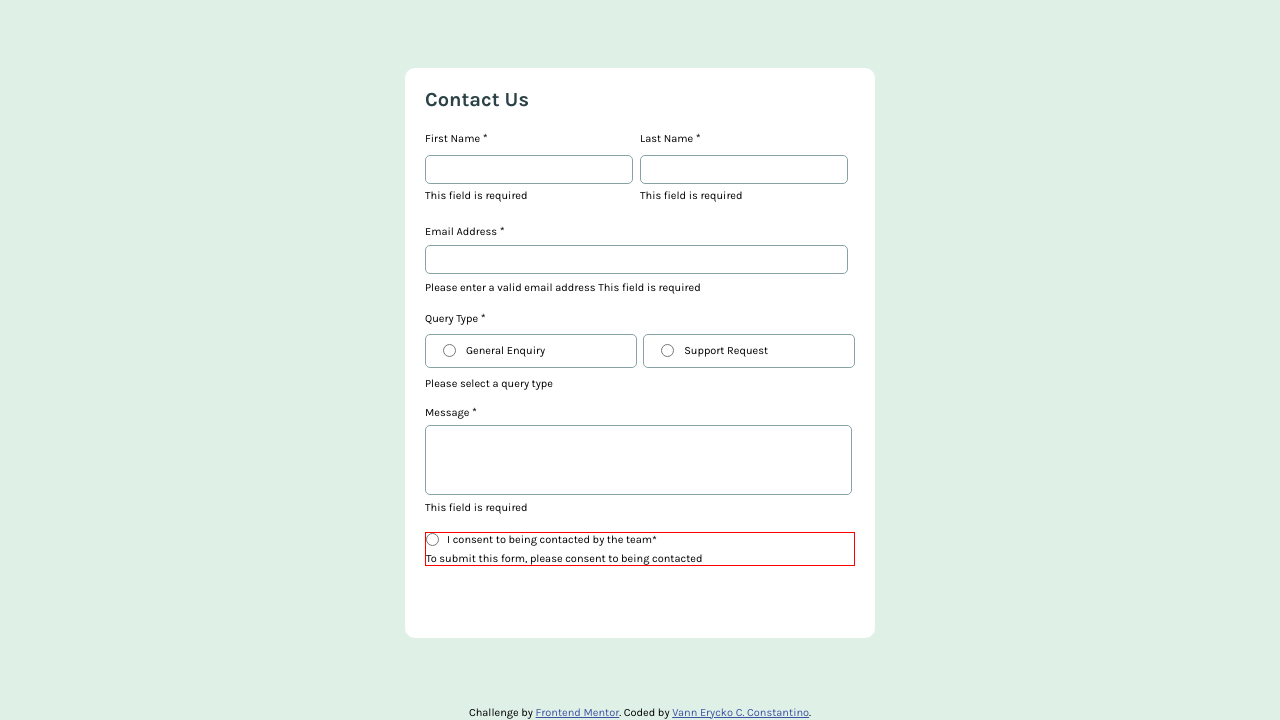
Repository: kocokoy/contact-form
Page: contact-form-main/index.html
These files come from the project's save history. The page is drawn as it stood at one moment and after the next save; the edit follows.
The browser window is 1280 px wide. The pictures show the whole page.

Above is the page before, as saved 2024-10-24 11:28:30.

### contact-form-main/index.html
<!DOCTYPE html>
<html lang="en">
<head>
  <meta charset="UTF-8">
  <meta name="viewport" content="width=device-width, initial-scale=1.0"> <!-- displays site properly based on user's device -->

  <link rel="icon" type="image/png" sizes="32x32" href="./assets/images/favicon-32x32.png">
  <link rel="stylesheet" href="/contact-form-main/styles/style.css">
  <link rel="preconnect" href="https://fonts.googleapis.com">
  <link rel="preconnect" href="https://fonts.gstatic.com" crossorigin>
  <link href="https://fonts.googleapis.com/css2?family=Karla:ital,wght@0,200..800;1,200..800&family=Red+Hat+Text:ital,wght@0,300..700;1,300..700&display=swap" rel="stylesheet">
  <title>Frontend Mentor | Contact form</title>

  <!-- Feel free to remove these styles or customise in your own stylesheet 👍 -->
  <style>
    .attribution { font-size: 11px; text-align: center; }
    .attribution a { color: hsl(228, 45%, 44%); }
  </style>
</head>
<body>
  <div class="container">
    <div class="contact-form-card">
      <h1 class="contact-us-header">
        Contact Us
      </h1>
      <div class="name-section">
        <div class="first-name-section">
          <p>
            First Name
            <span>*</span>
          </p>
          <input type="text" name="" id="">
          <p>
            This field is required
          </p>
        </div>
        <div class="last-name-section">
          <p>
            Last Name
            <span>*</span>
          </p>
          <input type="text" name="" id="">
          <p>
            This field is required
          </p>
        </div>
      </div>
      <div class="email-section">
        <p>Email Address  <span>*</span></p>
        <input type="text">
        <p>Please enter a valid email address
          This field is required</p>
      </div>
      <div class="query-type-section">
        <p>Query Type  <span>*</span></p>
        <div class="radio-query-type-section">
          <div class="general-radio-query-type-section">
            <input type="radio">
            General Enquiry
          </div>
          <div class="support-radio-query-type-section">
            <input type="radio">
            Support Request
          </div>
        </div>
        <p>Please select a query type</p>
      </div>
      <div class="message-section">
        <p>Message  <span>*</span></p>
        <input type="text">
        <p>This field is required</p>
      </div>
      <div class="consent-section">
        <div>
          <input type="radio">
          I consent to being contacted by the team  <span>*</span>
        </div>
        <p> To submit this form, please consent to being contacted</p>
      </div>
      <!-- <div class="submit-btn-section">
        <button>
          Submit
        </button>
      </div> -->
    </div>
  </div>




  <!-- Message Sent!
  Thanks for completing the form. We'll be in touch soon! -->

  <div class="attribution">
    Challenge by <a href="https://www.frontendmentor.io?ref=challenge">Frontend Mentor</a>.
    Coded by <a href="#">Vann Erycko C. Constantino</a>.
  </div>
</body>
</html>

### contact-form-main/styles/style.css
:root{
  /* Primary */
  --Green200: hsl(148, 38%, 91%);
  --Green600: hsl(169, 82%, 27%);
  --Red:hsl(0, 66%, 54%);

  --White: hsl(0, 0%, 100%);
  --Grey500: hsl(186, 15%, 59%);
  --Grey900: hsl(187, 24%, 22%);
}

body{
  padding: 0;
  margin: 0;
  background-color: var(--Green200);
  font-family: Karla;
  font-size: 11px;
  font-weight: 400;
}

span {
  font-size: 12px;
}

.container{
  display: flex;
  align-items: center;
  justify-content: center;
  height: 98vh;
}

.contact-form-card{
  display: flex;
  flex-direction: column;
  border: 1px var(--Grey500);
  background-color: var(--White);
  height: 530px;
  width: 430px;
  border-radius: 10px;
  padding: 20px;
}

.contact-us-header{
  padding: 0;
  margin: 0;
  font-weight: 700;
  font-size: 20px;
  color: var(--Grey900);
}

.name-section{
  display: flex;
  flex-direction: row;
  justify-content: space-between;
  padding-top: 15px;
}

.name-section p{
  margin: 5px 0;
  padding-bottom: 5px;
}

.name-section input{
 width: 94%;
 height: 25px;
 border: 1px solid var(--Grey500);
 border-radius: 5px;
}

.first-name-section, .last-name-section{
  width: 100%;
}

.email-section{
  padding-top: 5px;
  display: flex;
  flex-direction: column;
}

.email-section p{
  margin:0;
  padding: 7px 0;
}

.email-section input{
  width: 97%;
  height: 25px;
  border-radius: 5px;
  border: 1px solid var(--Grey500);
}

.query-type-section{
  padding-top: 1px;
  display: flex;
  flex-direction: column;
}

.query-type-section p{
  padding: 9px 0;
  margin: 0;
}

.query-type-section .radio-query-type-section{
  display: flex;
  flex-direction: row;
  justify-content: space-between;
}

.query-type-section .radio-query-type-section input{
  margin: 0 10px 0 17px;
  border-color: red;
}

.general-radio-query-type-section ,.support-radio-query-type-section{
  display: flex;
  flex-direction: row;
  align-items: center;
  height: 32px;
  border-radius: 5px;
  border: 1px solid var(--Grey500);
  width: 48.8%;
}

.message-section{
  height: 120px;
}

.message-section p{
 padding: 0;
 margin: 0;
 padding: 6px 0;
}

.message-section input{
 width: 98%;
 height: 55%;
 border-radius: 5px;
 border: 1px solid var(--Grey500);
}

.consent-section{
  display: flex;
  flex-direction: column;
  margin: 13px 0 13px 0;
  border: 1px solid red;

}

.consent-section p{
  padding: 0;
  margin: 5px 0 0 0;
}

.consent-section input{
  margin: 0 8px 0 0;

}

.consent-section div{
  display: flex;
  flex-direction: row;
  justify-content: start;
  align-items: center;
  padding: 0;
}

.submit-btn-section{
  display: flex;
  justify-content: center;
  align-items: center;
  height: 100px;
}

.submit-btn-section button{
  width: 100%;
  height: 50%;
  border: 1px var(--Green600);
  color: var(--White);
  background-color: var(--Green600);
  border-radius: 5px;
  font-size: 10px;
}

After the next save:
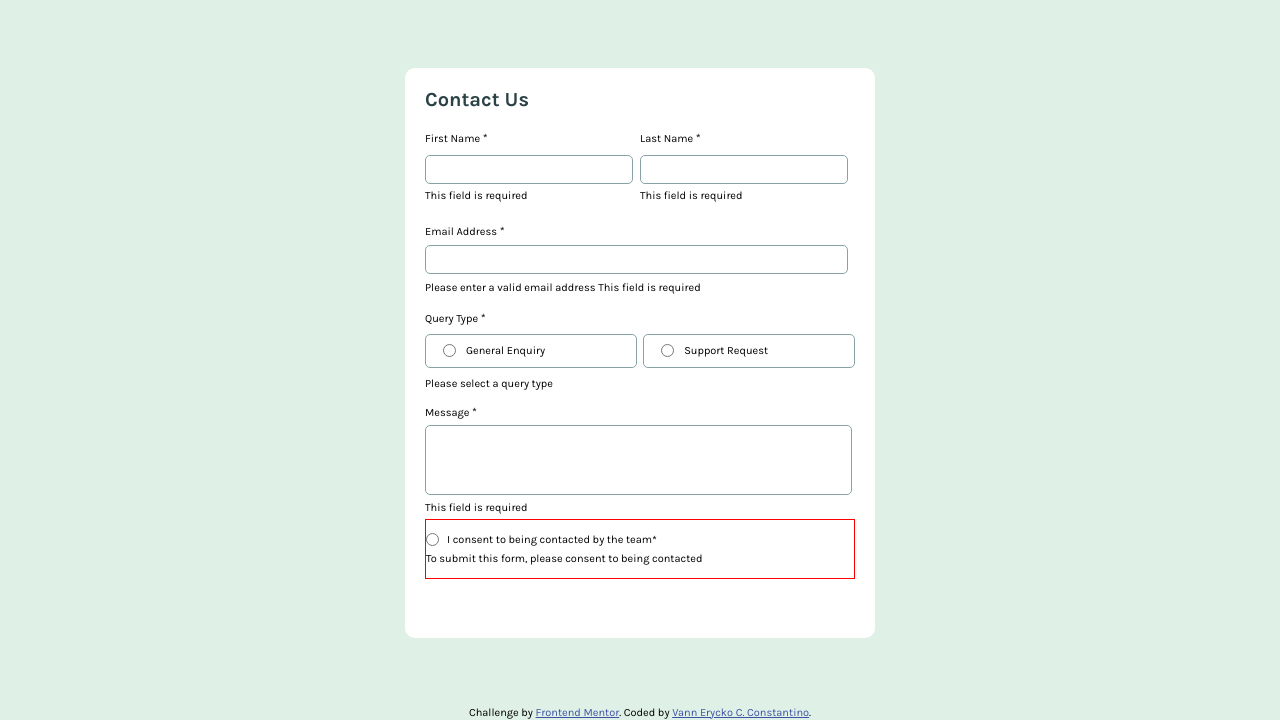
Saved 12 s later.
--- a/contact-form-main/styles/style.css
+++ b/contact-form-main/styles/style.css
@@ -141,7 +141,7 @@ span {
 .consent-section{
   display: flex;
   flex-direction: column;
-  margin: 13px 0 13px 0;
+  padding: 13px 0 13px 0;
   border: 1px solid red;
 
 }
